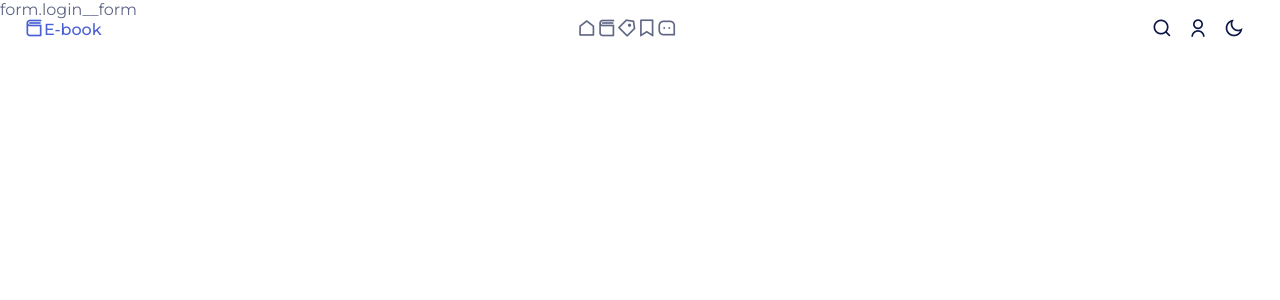
Repository: dinhhaidh/web-book-slider
Page: index.html
An editor plug-in stored every save of this project. The page is shown before and after the next save, followed by the edit.
The browser window is 1280 px wide. The pictures show the whole page.
Some web fonts or font styles are not loaded; a fallback is used. Some web libraries are served in a nearby version.

Above is the page before, as saved 2024-01-12 08:50:30.

### index.html
<!DOCTYPE html>
<html lang="en">
<head>
    <meta charset="UTF-8">
    <meta name="viewport" content="width=device-width, initial-scale=1.0">
    <title>Document</title>
    <link rel="stylesheet" href="style.css">
    <link rel="stylesheet" href="https://cdnjs.cloudflare.com/ajax/libs/remixicon/4.0.1/remixicon.css">
    <link rel="stylesheet" href="">
</head>
<body>
    <!-- ========= header ========= -->
    <header class="header" id="header">
        <nav class="nav container">
            <a href="#" class="nav__logo">
                <i class="ri-book-3-line"></i>E-book
            </a>

            <div class="nav__menu">
                <ul class="nav__list">
                    <li class="nav__item">
                        <a href="#home" class="nav__link">
                            <i class="ri-home-line"></i>
                            <span>Hone</span>
                        </a>
                    </li>

                    <li class="nav__item">
                        <a href="#featured" class="nav__link">
                            <i class="ri-book-3-line"></i>
                            <span>Featured</span>
                        </a>
                    </li>

                    <li class="nav__item">
                        <a href="#discount" class="nav__link">
                            <i class="ri-price-tag-3-line"></i>
                            <span>discount</span>
                        </a>
                    </li>

                    <li class="nav__item">
                        <a href="#new" class="nav__link">
                            <i class="ri-bookmark-line"></i>
                            <span>New Books</span>
                        </a>
                    </li>
                    <li class="nav__item">
                        <a href="#testimonial" class="nav__link">
                            <i class="ri-message-3-line"></i>
                            <span>Testimonial</span>
                        </a>
                    </li>
                </ul>
            </div>
            <div class="nav__actions">
                <!-- Search button -->
                <i class="ri-search-line search-button" id="search-button"></i>

                <!-- login button -->
                <i class="ri-user-line login-button" id="login-button"></i>

                <!-- Theme button -->
                <i class="ri-moon-line change-theme" id="theme-buttom"></i>
            </div>
        </nav>
    </header>
    <!-- ========= search ========= -->
    <div class="search" id="search-content">
        <form action="" class="search__form">
            <i class="ri-search-line search__icon"></i>
            <input type="search" placeholder="What are you looking for?" class="search__input">
        </form>

        <i class="ri-close-line search__close" id="search-close"></i>
    </div>
    <!-- ========= login ========= -->
    <div class="login grid" id="login-content">
        form.login__form
    </div>


    <main class="main">
        <section class="home section" id="home"></section>
        <!-- ========= service ========= -->
        <section class="service section" id="service"></section>
        <!-- ========= featured ========= -->
        <section class="featured section" id="featured"></section>
        <!-- ========= discount ========= -->
        <section class="discount section" id="discount"></section>
        <!-- ========= new books ========= -->
        <section class="new section" id="new"></section>
        <!-- ========= join ========= -->

        <!-- ========= discount ========= -->


    </main>
    <footer class="footer">

    </footer>

    <script src=""></script>

    <script src="./js/scrollreveal.min.js"></script>
    <script src="./js/main.js"></script>
</body>
</html>

### style.css
/* gg font */
@import url('https://fonts.googleapis.com/css2?family=Montagu+Slab:opsz,wght@16..144,500&family=Montserrat:wght@400;500;600&display=swap');
:root{
    --header-height: 3.5rem;
        /* color */
    --frist-color: hsl(230, 62%, 56%);
    /* --frist-color-alt: #048654; */
    --title-color: hsl(230, 70%, 16%);
    --text-color: hsl(230, 16%, 45%);
    --border-color: hsl(230,50%, 90%);
    /* --text-color-light: #a6a6a6; */
    --white-color: hsl(0, 0%, 100%);
    --body-color: hsl(230, 100%,96%);
    --container-color: hsl(230, 100%, 97%);


    /* font and typography */
    /* .5rem = 8px | 1rem = 16px ...  */
    --body-font: 'Montserrat', sans-serif;
    --second-font: 'Montagu Slab', serif;
    /* --subtitle-font: ; */
    --biggest-font-size: 2rem;
    --h1-font-size: 1.5rem;
    --h2-font-size: 1.25rm;
    --h3-font-size: 1rem;
    --nomal-font-size: .938rem;
    --small-font-size: .813rem;
    --smaller-font-size: .75rem;


    /* font weight */
    --font-regular: 400;
    --font-medium: 500;
    --font-semi-bold: 600;

    /* margin */
    /* --mb-1: .5rem;
    --mb-2: 1rem;
    --mb-3: 1.5rem;
    --mb-4: 2rem;
    --mb-5: 2.5rem;
    --mb-6: 3rem; */

    /* z-index */
    --z-tooltip: 10;
    --z-fixed: 100;

}
@media screen and (min-width: 1150px) {
    :root{
        --biggest-font-size: 3.5rem;
        --h1-font-size: 2.25rem;
        --h2-font-size: 1.5rm;
        --h3-font-size: 1.25rem;
        --normal-font-size: 1rem;
        --small-font-size: .875rem;
        --smaller-font-size: .813rem;
    }
}

/* base */
*{
    box-sizing: border-box;
    padding: 0;
    margin: 0;
}
html{
    scroll-behavior: smooth;
}
body,
input,
button{
    font-family: var(--body-font);
    font-size: var(--normal-font-size);
}

body{
    background-color: var(--body-font);
    color: var(--text-color);
    transition: background-color .4s;
}
input,
button{
    border: none;
    outline: none;
}
h1,h2,h3{
    color: var(--title-color);
    font-family: var(--second-font);
    font-weight: var(--font-medium);
}
ul{
    list-style: none;
}
a{
    text-decoration: none;
}
img{
    display: block;
    max-width: 100%;
    height: auto;
}
/* reusable css class */
.container{
    max-width: 1220px;
    margin-inline: 1.5rem;
}
.grid{
    display: grid;
    gap: 1.5rem;
}
.section{
    padding-block: 5rem 1rem;
}
.main{
    overflow: hidden;
}
/* ======== header nav  ======= */
.header{
    position: fixed;top: 0;
    left: 0;
    width: 100%;
    background-color: var(--body-font);
    z-index: var(--z-fixed);
    transition: box-shadow .4s, background-color .4s;
}
.nav{
    height: var(--header-height);
    display: flex;
    justify-content: space-between;
    align-items: center;
}
.nav__logo{
    display: inline;
    align-items: center;
    column-gap: .5rem;
    color: var(--frist-color);
    font-weight: var(--font-medium);
}
.nav__logo i{
    font-size: 1.25rem;
}

/* navigation for mobile devices */
@media screen and (max-width: 1150px) {
    .nav__menu{
        position: fixed;
        bottom: 0;
        left: 0;
        right: 0;
        width: 100%;
        background-color: var(--container-color);
        box-shadow: 0 -8px 32px hsla(0, 0%, 0%, .1);
        padding: 1.25rem 4rem;
        transition: background-color .4s;
    }
}

.nav__list{
    display: flex;
    justify-content: space-between;
}
.nav__link{
    color: var(--text-color);
    transition: color .4s;
}
.nav__link span{
    display: none;
}
.nav__link i {
    font-size: 1.25rem;
}
.nav__link:hover{
    color: var(--frist-color);
}
.nav__actions{
    display: flex;
    align-items: center;
    column-gap: 1rem;
}
.nav__actions i{
    font-size: 1.25rem;
    color: var(--title-color);
    cursor: pointer;
    transition: color .4;
}
.nav__actions i:hover{
    color: var(--frist-color);
}

/* search */
.search{
    position: fixed;
    top: -100%;
    left: 0;
    width: 100%;
    height: 100%;
    z-index: 100;
    background-color: hsla(230, 12%, 96%, .6);
    backdrop-filter: blur(16px);
    padding: 8rem 1.5rem;
    transition: top .4s;
}
.search__form{
    display: flex;
    align-items: center;
    column-gap: .5rem;
    background-color: var(--container-color);
    border: 2px solid var(--border-color);
    padding-inline: 1rem;
}
.search__icon{
    font-size: 1.25rem;
    color: var(--title-color);
}
.search__input{
    width: 100%;
    padding-block: 1rem;
    background-color: var(--container-color);
    color: var(--text-color);
}
.search__close{
    position: absolute;
    top: 2rem;
    right: 2rem;
    font-size: 2rem;
    color: var(--title-color);
    cursor: pointer;
}

/* show-search */
.show-search{
    top: 0;
}

/* .section__title{
    text-align: center;
    font-size: var(--h1-font-size);
    font-family: var(--second-font);
    margin-bottom: 2rem;
}
.section__subtitle{
    display: block;
    font-size: var(--h2-font-size);
    font-family: var(--subtitle-font);
    color: var(--frist-color);
    margin-bottom: .5rem;
}
.section__title,.section__subtitle{
    text-align: center;
} */

### js/main.js
/*=============== SEARCH ===============*/
// $(document).ready(function(){
//     $('#search-button')
// })
const searchButton = document.getElementById('search-button'),
    searchClose = document.getElementById('search-close'),
    searchContent = document.getElementById('search-content')

/*=============== Show Menu ===============*/
if(searchButton){
    searchButton.addEventListener('click', () =>{
        searchContent.classList.add('show-search')
    })
}

// ========= menu hidden =============//
if(searchClose){
    searchClose.addEventListener('click', () =>{
        searchContent.classList.add('show-search')
    })
}

/*=============== ADD SHADOW HEADER ===============*/


/*=============== HOME SWIPER ===============*/


/*=============== FEATURED SWIPER ===============*/


/*=============== NEW SWIPER ===============*/


/*=============== TESTIMONIAL SWIPER ===============*/


/*=============== SHOW SCROLL UP ===============*/


/*=============== SCROLL SECTIONS ACTIVE LINK ===============*/


/*=============== DARK LIGHT THEME ===============*/


/*=============== SCROLL REVEAL ANIMATION ===============*/

Loaded but not shown: js/scrollreveal.min.js (library)

After the next save:
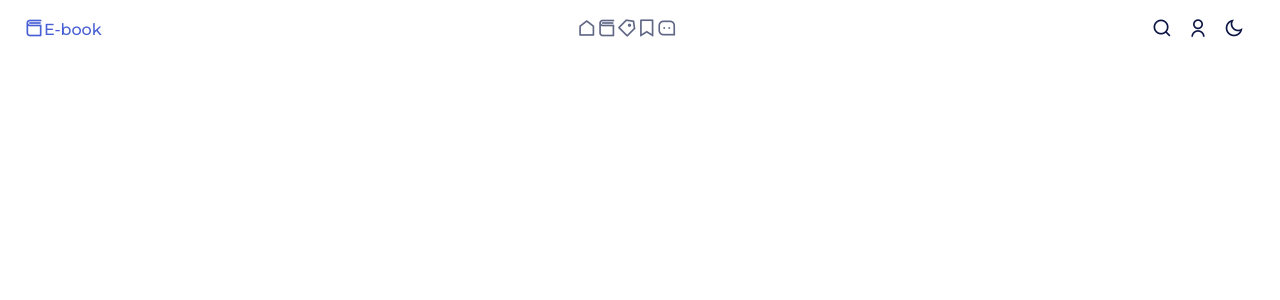
Saved 8 s later.
--- a/index.html
+++ b/index.html
@@ -76,7 +76,7 @@
     </div>
     <!-- ========= login ========= -->
     <div class="login grid" id="login-content">
-        form.login__form
+        <form action="" class="login__form grid"></form>
     </div>
 
 
